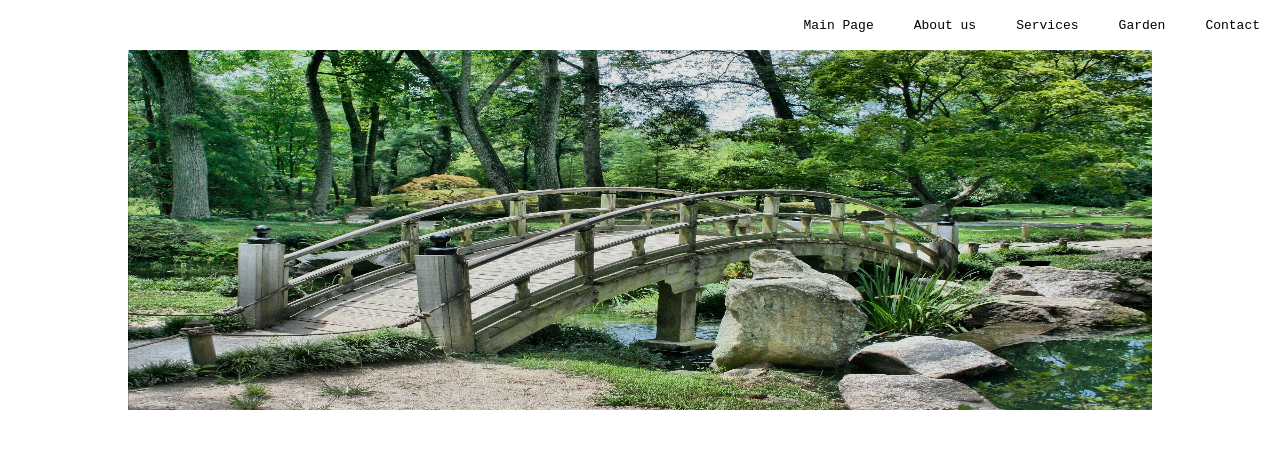
Repository: PatryxB/garden
Page: http://localhost/
An editor plug-in stored every save of this project. The page is shown before and after the next save, followed by the edit.
The browser window is 1280 px wide. The pictures show the whole page.
Some web fonts or font styles are not loaded; a fallback is used. The page is served by the project's Laravel application, run on PHP 8.4 with Laravel 8. Other server files are loaded and not shown. Style sheets and scripts are compiled from the project's sources, by tool versions that may differ from the author's.

Above is the page before, as saved 2020-05-01 21:32:39.

### resources/views/welcome.blade.php
<!DOCTYPE html>
<html lang="{{ str_replace('_', '-', app()->getLocale()) }}">
    <head>
        <meta charset="utf-8">
        <meta name="viewport" content="width=device-width, initial-scale=1">

        <title>Garden</title>

        <!-- Fonts -->
        <link href="https://fonts.googleapis.com/css?family=Nunito:200,600" rel="stylesheet">
        <link rel="stylesheet" href="/css/app.css">

    <body>

        <nav>
            <ul>
                <li><a href="">Main Page</a></li>
                <li><a href="">About us</a></li>
                <li><a href="">Services</a></li>
                <li><a href="">Garden</a></li>
                <li><a href="">Contact</a></li>
            </ul>
        </nav>

        <div class="banner">
            <img src="{{url('/img/gardenbanner.jpg')}}" alt="">
        </div>

    </body>
</html>

### resources/sass/app.scss
@import url('https://fonts.googleapis.com/css2?family=Roboto+Mono&display=swap');
html, body{
    box-sizing: border-box;
    margin: 0;
    padding: 0;
    font-family: 'Roboto Mono', monospace;
}
nav{
    width: 100%;
}
nav ul{
    display: flex;
    float: right;
}
nav ul li a{
    text-decoration: none;
    font-size: 13px;
    display: inline-block;
    color: black;
    margin-left: 20px;
    cursor:pointer;
    margin-right: 20px;
}
li{
    list-style: none;
}
.banner{
    width: 80%;
    margin: 0 auto;
}
.banner img{
    width: 100%;
    height: 50vh;
    position: relative;
    filter: brightness(90%);
}

Loaded but not shown: routes/web.php (common file)

After the next save:
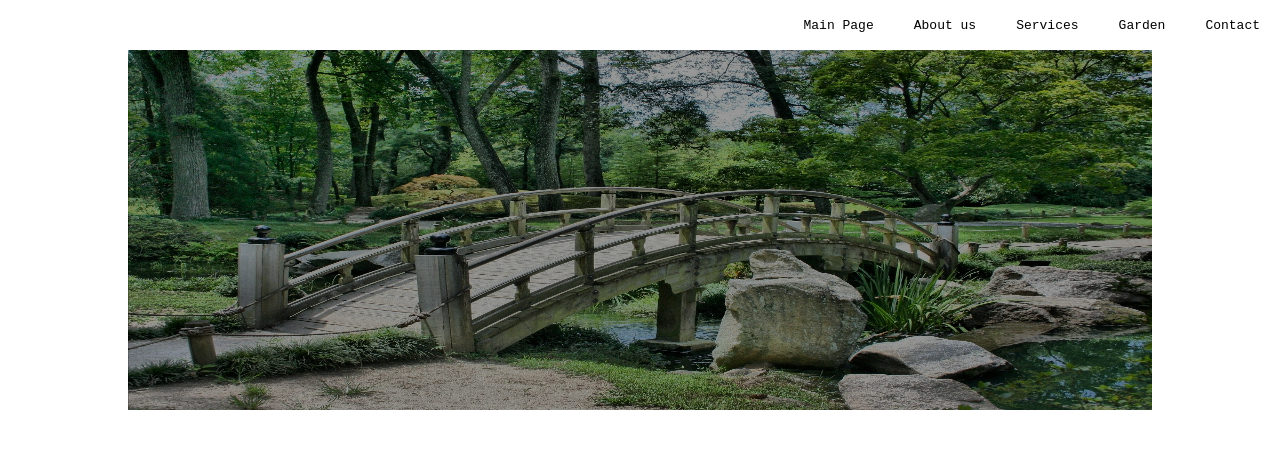
Saved 23 s later.
--- a/resources/sass/app.scss
+++ b/resources/sass/app.scss
@@ -32,5 +32,5 @@ li{
     width: 100%;
     height: 50vh;
     position: relative;
-    filter: brightness(90%);
+    filter: brightness(60%);
 }
